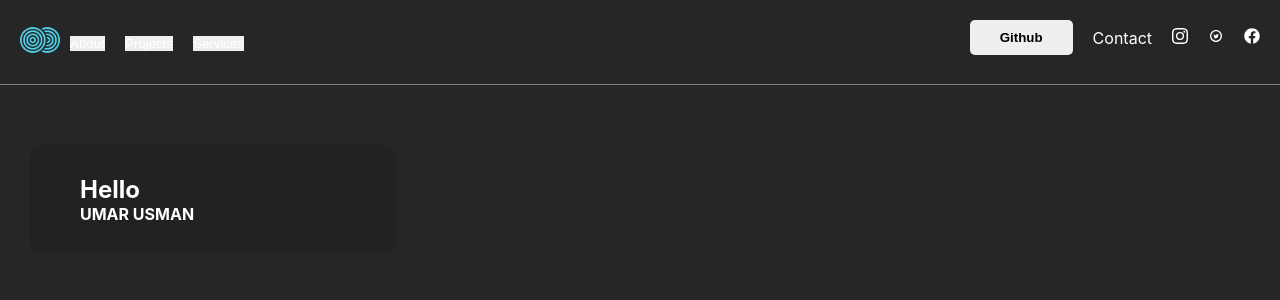
Repository: uh-sman/Portfolio
Page: /
The author's editor kept a copy of each file at every save. The page is drawn from the files as they stood at one save, then again after the next save.
The browser window is 1280 px wide. The pictures show the whole page.
The project was rebuilt for these pictures with package versions that can differ from the ones it lists, and the page was loaded fresh each time. Also part of the build but not shown: src/components/Projects.jsx, src/components/Services.jsx.

Above is the page before, as saved 2022-11-18 20:34:14.

After the next save:
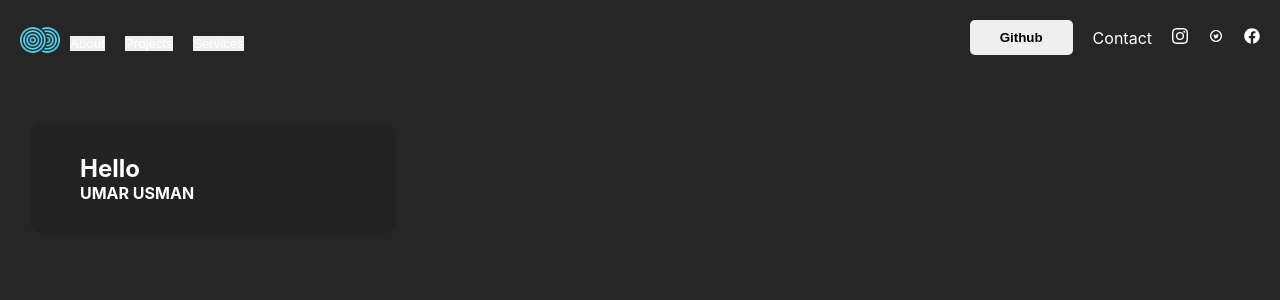
Saved 7 s later.
--- a/src/components/navbar.css
+++ b/src/components/navbar.css
@@ -21,7 +21,7 @@
   color: white;
 }
 .navbar-container {
-  border-bottom: 0.5px solid gray;
+  /* border-bottom: 0.5px solid gray; */
 }
 .btn {
   border: none;

After the save that followed:
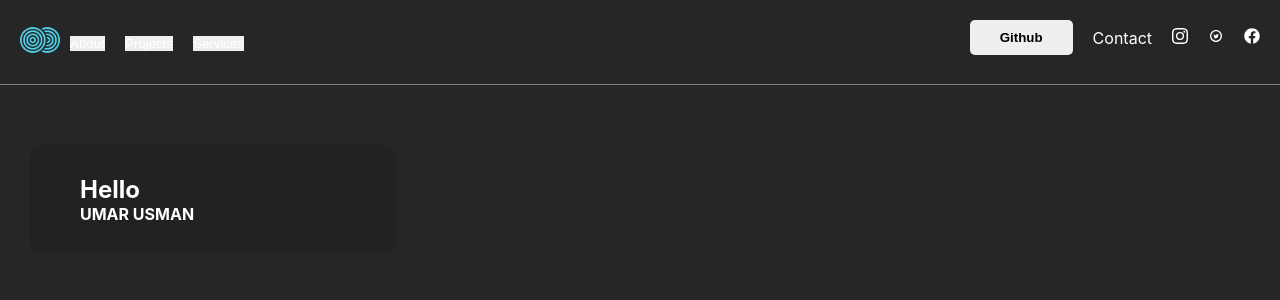
Saved 4 s later.
--- a/src/components/navbar.css
+++ b/src/components/navbar.css
@@ -21,7 +21,7 @@
   color: white;
 }
 .navbar-container {
-  /* border-bottom: 0.5px solid gray; */
+  border-bottom: 0.5px solid gray;
 }
 .btn {
   border: none;
